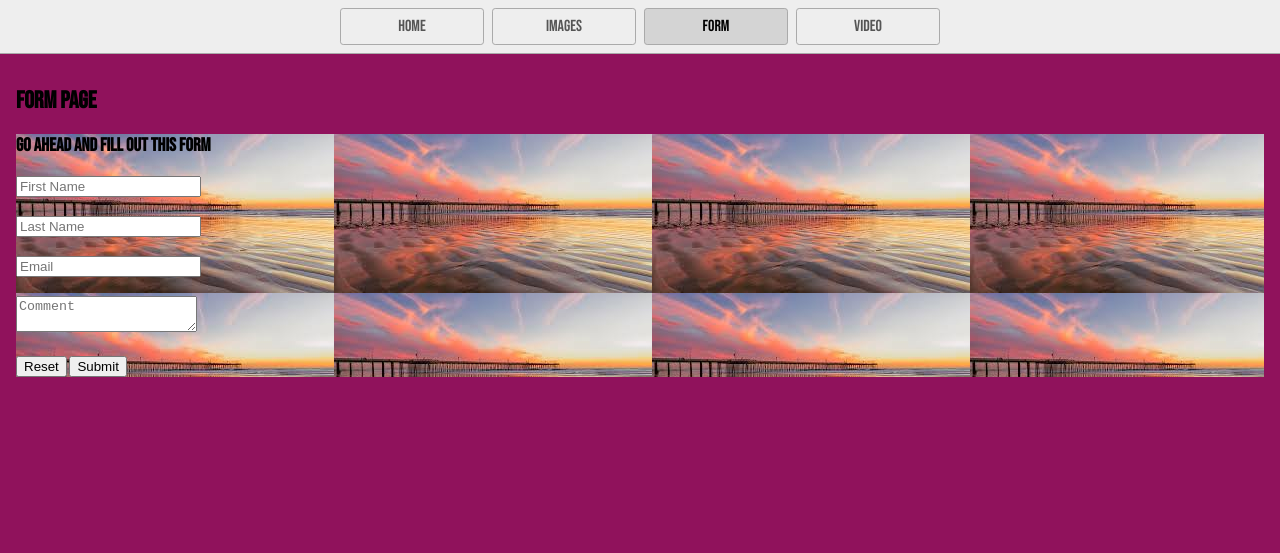
Repository: sebas6292/palmTree-Final
Page: Form.html
The author's editor kept a copy of each file at every save. The page is drawn from the files as they stood at one save, then again after the next save.
The browser window is 1280 px wide. The pictures show the whole page.

Above is the page before, as saved 2023-05-28 12:11:42.

After the next save:
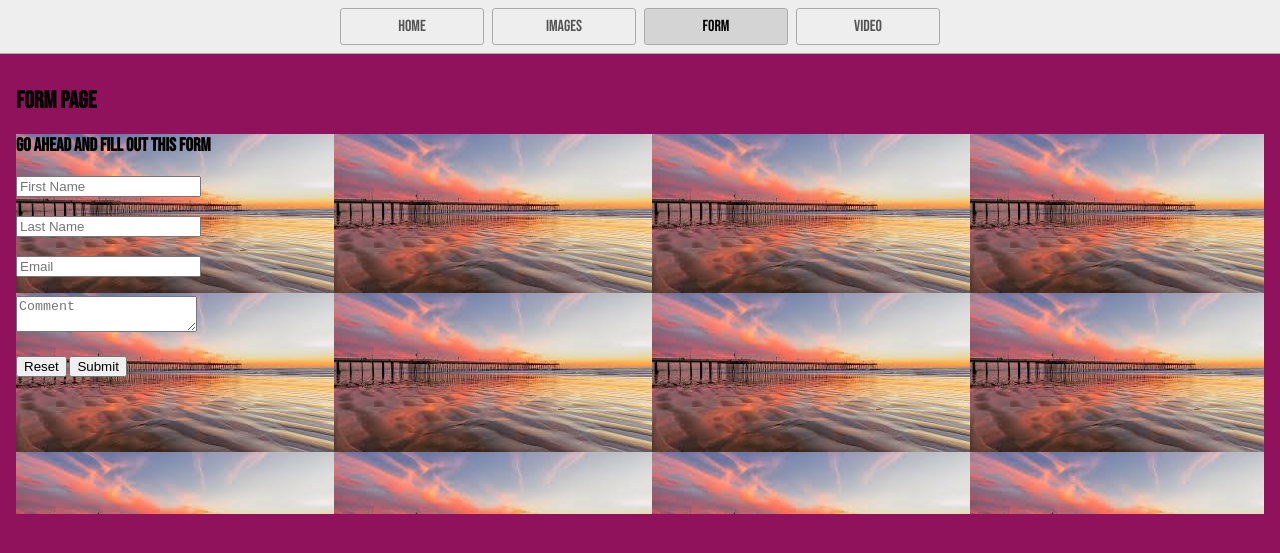
Saved 44 s later.
--- a/styles.css
+++ b/styles.css
@@ -58,6 +58,7 @@
 
   .bg-img {
     background-image: url('/Assets/pier.jpeg');
+    min-height: 380px;
   }
 
   .btn:hover {

After the save that followed:
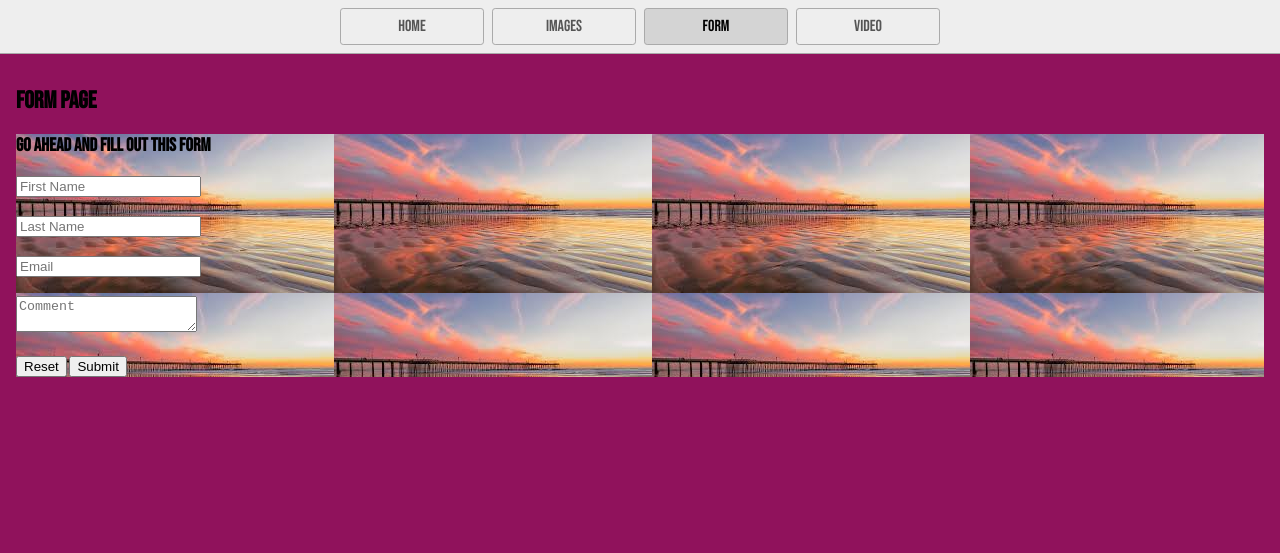
Saved 22 s later.
--- a/styles.css
+++ b/styles.css
@@ -58,7 +58,7 @@
 
   .bg-img {
     background-image: url('/Assets/pier.jpeg');
-    min-height: 380px;
+    min-height: 180px;
   }
 
   .btn:hover {
